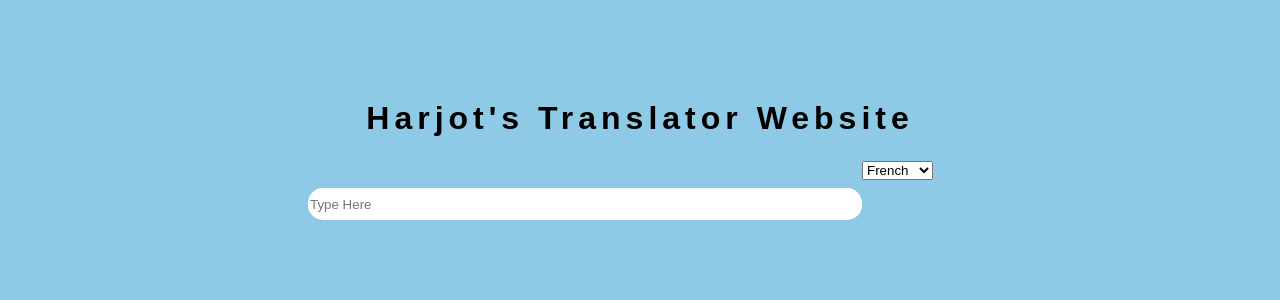
Repository: Harjot00/Pythonpractice
Page: Translator/homepage.html
An editor plug-in stored every save of this project. The page is shown before and after the next save, followed by the edit.
The browser window is 1280 px wide. The pictures show the whole page.
Some web fonts or font styles are not loaded; a fallback is used.

Above is the page before, as saved 2022-03-06 18:36:34.

### Translator/homepage.html
<!DOCTYPE html>
<html lang="en">
<head>
    <meta charset="UTF-8">
    <meta http-equiv="X-UA-Compatible" content="IE=edge">
    <meta name="viewport" content="width=device-width, initial-scale=1.0">
    <title>Harjot's Translator</title>
    <link rel="stylesheet" href="styles.css">
    <link href="http://fonts.cdnfonts.com/css/mrs-sheppards" rel="stylesheet">
    <link href='https://fonts.googleapis.com/css?family=Open Sans' rel='stylesheet'>

</head>
<body>
    <h1 style = "font-family: 'Mrs Sheppards', sans-serif;letter-spacing: 5px;">Harjot's Translator Website</h1>
    <div style = "display: flex;">
        <input type="text" id="entry" placeholder="Type Here"></input>
        <form>
            <select id="">
                <option value="volvo">French</option>
                <option value="saab">Italian</option>
                <option value="opel">German</option>
                <option value="audi">Chinese</option>
            </select>
        </form>

    </div>
</body>
</html>

### Translator/styles.css
body{
    background-color: #8ECAE6;
    font-family: open sans;
}
h1{
    margin-top: 100px;
    text-align: center;
}
#entry{
    width: 550px;
    height: 30px;
    margin: 30px 0px 0px 300px;
    border: none;
    border-radius:15px;

}
#language{
    width: 80px;
    height: 50px;
    margin: 30px 0px 0px 30px;
}

After the next save:
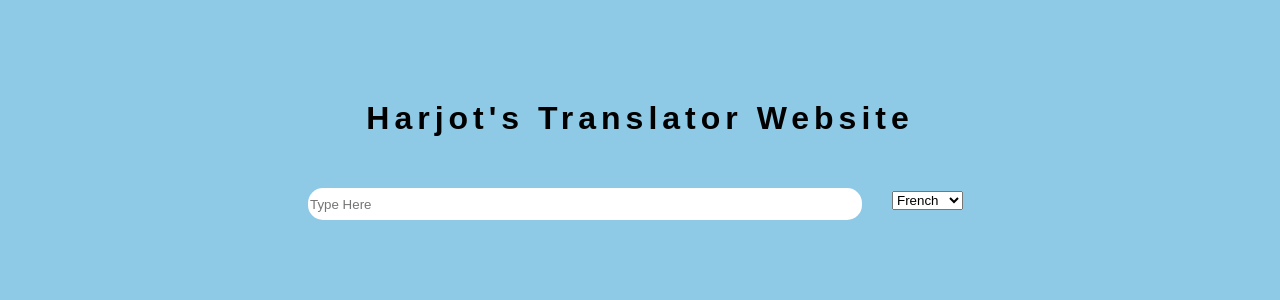
Saved 23 s later.
--- a/Translator/homepage.html
+++ b/Translator/homepage.html
@@ -14,8 +14,8 @@
     <h1 style = "font-family: 'Mrs Sheppards', sans-serif;letter-spacing: 5px;">Harjot's Translator Website</h1>
     <div style = "display: flex;">
         <input type="text" id="entry" placeholder="Type Here"></input>
-        <form>
-            <select id="">
+        <form id="language">
+            <select >
                 <option value="volvo">French</option>
                 <option value="saab">Italian</option>
                 <option value="opel">German</option>
